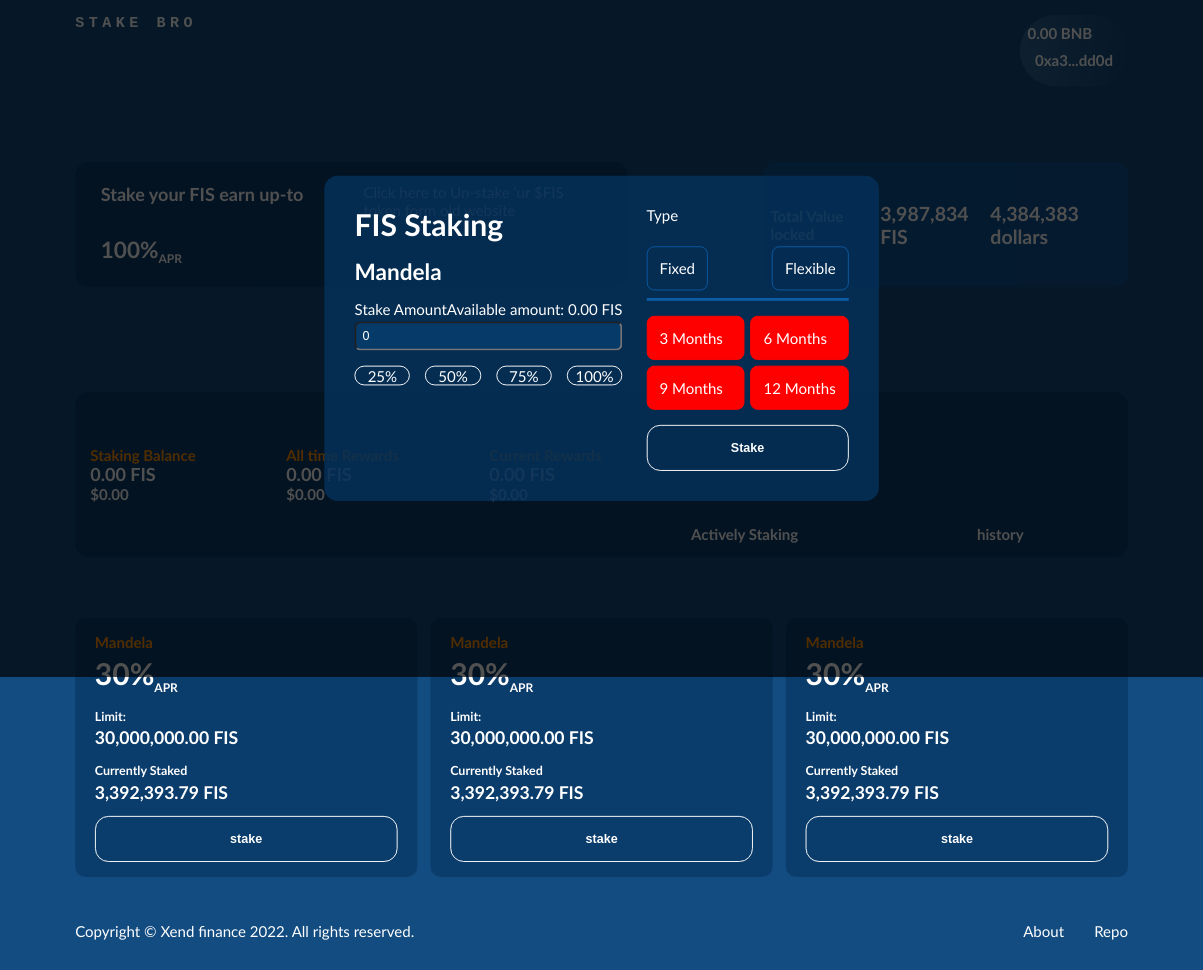
Repository: NorVirae/Stake
Page: /, after clicking the first element matching `button.stake-button`
The author's editor kept a copy of each file at every save. The page is drawn from the files as they stood at one save, then again after a run of saves.
The browser window is 1280 px wide. The pictures show the whole page, at 94% of full size.
The project was rebuilt for these pictures with package versions that can differ from the ones it lists, and the page was loaded fresh each time.

Above is the page before, as saved 2022-04-18 19:48:06.

After the next 2 saves:
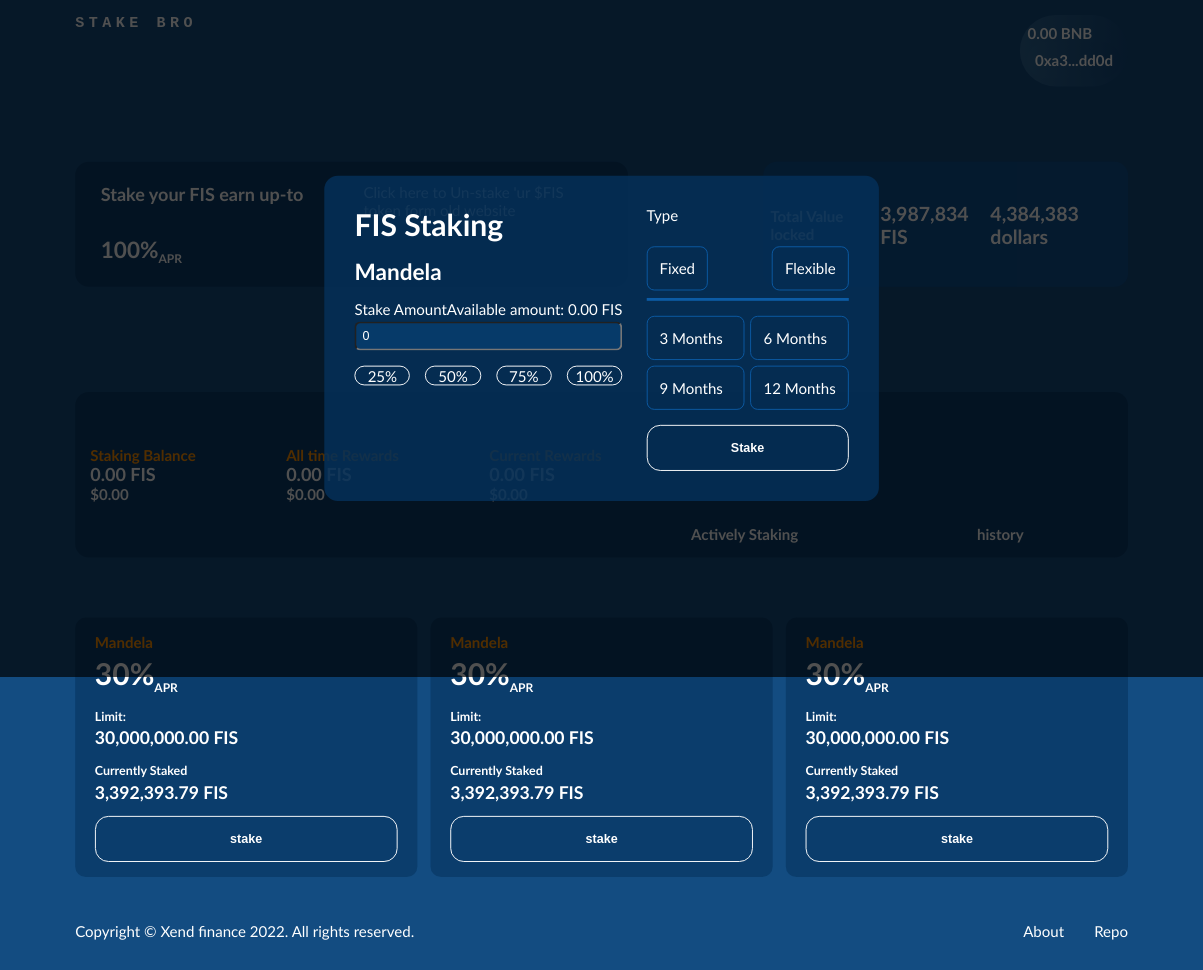
The 2 saves are shown as one change because they came seconds apart.
The last was saved 17 s later.
--- a/src/styles/app.css
+++ b/src/styles/app.css
@@ -376,8 +376,7 @@ footer ul{
 
 
 .duration-btn {
-    border: .1px solid red;
-    background-color: red!important;
+    border: .1px solid #0c5ba5;
     padding: .8rem;
     border-radius: .5rem;
 }
